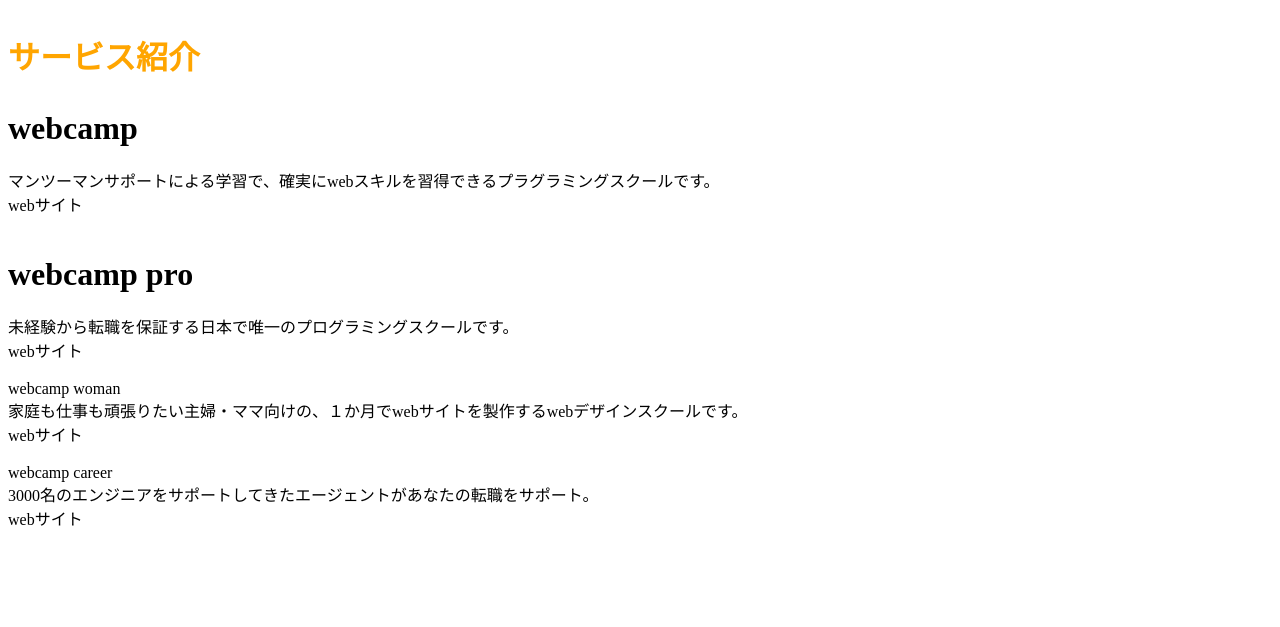
Repository: YasuyoshiSakai/kadai1
Page: sample/ensyuu.html
The author's editor kept a record of every edit. The page is drawn from the files as they stood at one moment, then again after the next edit.
The browser window is 1280 px wide. The pictures show the whole page.

Above is the page before.

After the next edit:
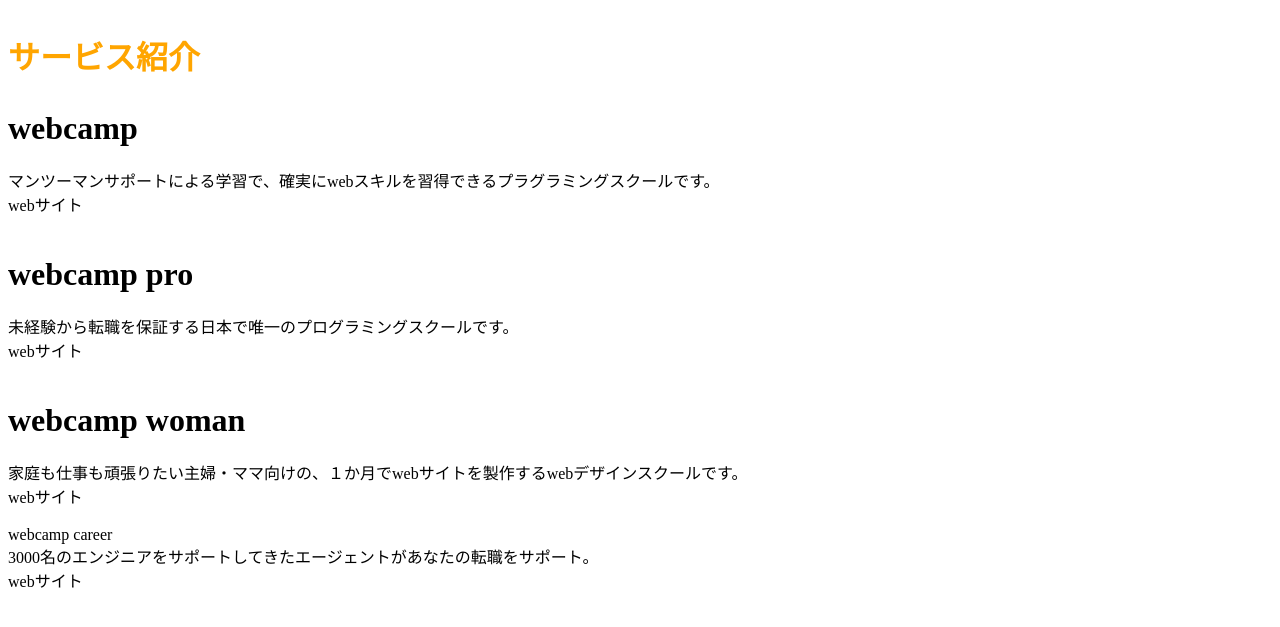
The edit:
--- a/sample/ensyuu.html
+++ b/sample/ensyuu.html
@@ -17,7 +17,7 @@
 未経験から転職を保証する日本で唯一のプログラミングスクールです。<br>
 webサイト<br>
 <br>
-webcamp woman<br>
+<h1>webcamp woman</h1>
 家庭も仕事も頑張りたい主婦・ママ向けの、１か月でwebサイトを製作するwebデザインスクールです。<br>
 webサイト<br>
 <br>
